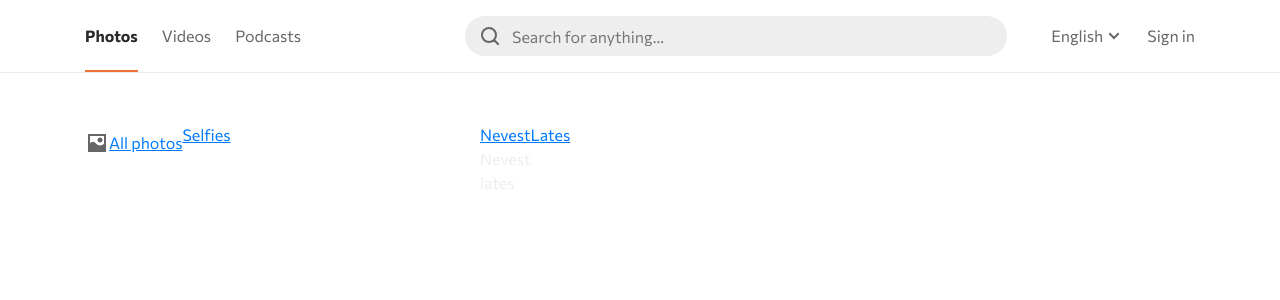
Repository: densavi/djinni
Page: index.html
The author's editor kept a copy of each file at every save. The page is drawn from the files as they stood at one save, then again after the next save.
The browser window is 1280 px wide. The pictures show the whole page.
The style sheet was rebuilt from its Sass, Less or Tailwind sources for each picture, by a compiler version that may differ from the author's.

Above is the page before, as saved 2023-04-10 23:34:02.

### index.html
<!DOCTYPE html>
<html lang="en">
<head>
  <meta charset="UTF-8">
  <meta http-equiv="X-UA-Compatible" content="IE=edge">
  <meta name="viewport" content="width=device-width, initial-scale=1.0">
  <title>Photos</title>
  <link rel="stylesheet" href="https://cdn.jsdelivr.net/npm/bootstrap@4.6.2/dist/css/bootstrap.min.css" integrity="sha384-xOolHFLEh07PJGoPkLv1IbcEPTNtaed2xpHsD9ESMhqIYd0nLMwNLD69Npy4HI+N" crossorigin="anonymous">
  <link rel="stylesheet" href="css/style.css">
</head>
<body>

  <header class="header">
    <div class="container">
      <div class="row d-flex justify-content-between align-items-center">
        <div class="col-3">
          <button class="open-menu"><span></span></button>
          <nav class="header__nav">
            <ul class="nav">
              <li class="nav-item">
                <a class="nav-link active" aria-current="page" href="#">Photos</a>
              </li>
              <li class="nav-item">
                <a class="nav-link" href="#">Videos</a>
              </li>
              <li class="nav-item">
                <a class="nav-link" href="#">Podcasts</a>
              </li>
            </ul>
          </nav>
        </div>
        <div class="col-8 d-flex align-items-center justify-content-end">
          <label for="search" class="header__search">
            <img src="img/search.svg" alt="Search">
            <input type="search" placeholder="Search for anything...">
          </label>
          <div class="dropdown show">
            <a class="header__lang-link" href="#" role="button" id="dropdownMenuLink" data-toggle="dropdown" aria-haspopup="true" aria-expanded="false">
              English
              <svg width="12" height="8" viewBox="0 0 12 8" fill="none" xmlns="http://www.w3.org/2000/svg">
                <path d="M2 2L6 6L10 2" stroke="#666666" stroke-width="2" stroke-linecap="square"/>
              </svg>
            </a>

            <div class="dropdown-menu" aria-labelledby="dropdownMenuLink">
              <a class="dropdown-item" href="#">Ukraine</a>
              <a class="dropdown-item" href="#">Polish</a>
            </div>
          </div>
          <a href="#" class="header__sign-in">Sign in</a>
        </div>
      </div>
    </div>
  </header>


  <div class="wrapper">
    <div class="container">
      <div class="row d-flex justify-content-between">
        <div class="col-3 sidebar">
          <ul class="nav sidebar__tabs">
            <li class="sidebar__item">
              <a class="d-flex align-items-center sidebar__link active" data-toggle="tab" href="#all-photos">
                <svg width="24" height="24" viewBox="0 0 24 24" fill="none" xmlns="http://www.w3.org/2000/svg">
                  <path d="M15 6.5C13.6193 6.5 12.5 7.61929 12.5 9C12.5 10.3807 13.6193 11.5 15 11.5C16.3807 11.5 17.5 10.3807 17.5 9C17.5 7.61929 16.3807 6.5 15 6.5Z" fill="#666666"/>
                  <path fill-rule="evenodd" clip-rule="evenodd" d="M3 3H21V21H18.5266L18.4945 21.0002H5.5L5.46787 21H3V3ZM19 12.8362C17.8552 13.898 16.7044 14.4537 15 14.4537C13.0944 14.4537 11.6208 13.2859 10.1527 11.7048C9.15108 10.6262 7.51491 10.4335 6.29018 11.25L6.26758 11.2651L5 12.2134V5H19V12.8362Z" fill="#666666"/>
                </svg>
                All photos
              </a>
            </li>
            <li class="sidebar__item">
              <a class="sidebar__link" data-toggle="tab" href="#contact">Selfies</a>
            </li>
          </ul>
        </div>
        <div class="col-8">
          <div class="container-fluid">
            <div class="tab-content">
              <div role="tabpanel" class="tab-pane active" id="all-photos">


                <!--  -->
                <ul class="nav sidebar__tabs">
                  <li class="sidebar__item">
                    <a class="sidebar__link active" data-toggle="tab" href="#nevest">Nevest</a>
                  </li>
                  <li class="sidebar__item">
                    <a class="sidebar__link" data-toggle="tab" href="#lates">Lates</a>
                  </li>
                </ul>
                <!--  -->

                <div class="tab-content">
                  <div role="tabpanel" class="tab-pane active" id="nevest">
                    Nevest
                  </div>
                  <div role="tabpanel" class="tab-pane active" id="lates">
                    lates
                  </div>
                </div>

              </div>

              <div role="tabpanel" class="tab-pane" id="contact">
                <div class="alert alert-info">Selfies</div>
              </div>
            </div>
          </div>
        </div>



      </div>
    </div>
  </div>

  <script src="https://code.jquery.com/jquery-3.6.4.min.js" integrity="sha256-oP6HI9z1XaZNBrJURtCoUT5SUnxFr8s3BzRl+cbzUq8=" crossorigin="anonymous"></script>
  <script src="https://cdn.jsdelivr.net/npm/bootstrap@4.6.2/dist/js/bootstrap.min.js" integrity="sha384-+sLIOodYLS7CIrQpBjl+C7nPvqq+FbNUBDunl/OZv93DB7Ln/533i8e/mZXLi/P+" crossorigin="anonymous"></script>
  <script src="js/main.js"></script>
</body>
</html>

### css/style.scss
@import url('https://fonts.googleapis.com/css2?family=Commissioner:wght@400;700&display=swap');

@import 'vars';
@import 'typo';

@import 'components/header';
@import 'components/mobile-menu';
@import 'components/sidebar';

### css/_vars.scss
$darkBlack: #292929;
$grey: #666666;
$lightGrey: #EEEEEE;

$orange: #ED7135;

$mainFont: 'Commissioner', sans-serif;

$tablet: 992px;
$mobile: 768px;

### css/_typo.scss
body {
  font: 16px/24px $mainFont;
  color: $lightGrey;
}

a {
  color: $mainFont;
  text-decoration: underline;
  &:hover {
    text-decoration: none;
  }
}


.wrapper {
  padding-top: 50px;
}

### css/components/_header.scss
.header {
  border-bottom: 1px solid #EBEBEB;
  padding: 16px 0;
  &__search {
    background: $lightGrey;
    padding: 0 0 0 16px;
    display: flex;
    align-items: center;
    border-radius: 100px;
    margin: 0;
    width: 546px;
    flex: 1;
    @media (max-width: $mobile) {
      display: none;
    }
    img {
      display: flex;
    }
    input[type="search"] {
      height: 40px;
      border: 0;
      background: transparent;
      outline: none;
      width: 100%;
      padding: 0 12px;
    }
  }
  &__sign-in {
    text-decoration: none;
    color: $grey;
    transition: color .3s ease;
    margin-left: 27px;
    @media (max-width: $tablet) {
      margin-left: 15px;
    }
    &:hover {
      color: $orange;
    }
  }
  &__lang-link {
    color: $grey;
    text-decoration: none;
    transition: color .3s ease;
    svg {
      margin-left: 2px;
      transform: translateY(-2px);
      path {
        transition: transform .3s ease;
      }
    }
    &:hover {
      color: $orange;
      svg {
        path {
          stroke: $orange;
        }
      }
    }
  }
  .dropdown-item {
    text-decoration: none;
  }
  .dropdown {
    margin-left: 44px;
    @media (max-width: $tablet) {
      margin-left: 20px;
    }
    @media (max-width: $mobile) {
      display: none;
    }
  }
  &__nav {
    @media (max-width: $mobile) {
      display: none;
    }
    .nav-item {
      &:not(:last-child) {
        margin-right: 24px;
        @media (max-width: $tablet) {
          margin-right: 13px;
        }
      }
    }
    .nav-link {
      padding: 0;
      text-decoration: none;
      color: $grey;
      position: relative;
      &:before {
        content: '';
        position: absolute;
        bottom: -24px;
        width: 0;
        height: 2px;
        background: $orange;
        left: 0;
        transition: all .3s ease;
      }
      &.active {
        font-weight: 700;
        color: $darkBlack;
      }
      &:hover,
      &.active {
        &:before {
          width: 100%;
        }
      }
    }
  }
}

### css/components/_mobile-menu.scss
.open-menu {
  width: 30px;
  height: 20px;
  border: 0;
  position: relative;
  background: transparent;
  display: none;
  cursor: pointer;
  @media (max-width: $mobile) {
    display: block;
  }
  span,
  &:before,
  &:after {
    content: '';
    position: absolute;
    left: 0;
    height: 4px;
    background: $grey;
    width: 100%;
    top: 50%;
    margin-top: -2px;
    transition: all .5s ease;
    border-radius: 4px;
  }
  &:before {
    top: 0;
    margin: 0;
  }
  &:after {
    top: auto;
    margin: 0;
    bottom: 0;
  }
  &.active {
    span {
      opacity: 0;
    }
    &:before {
      transform: rotate(50deg);
      top: 50%;
    }
    &:after {
      transform: rotate(-50deg);
      top: 50%;
    }
  }
}

### css/components/_sidebar.scss
.sidebar {
  &__item {

  }
  &__link {
    height: 40px;
  }
}

Loaded but not shown: js/main.js (no stored copy; drawn as an empty file)

After the next save:
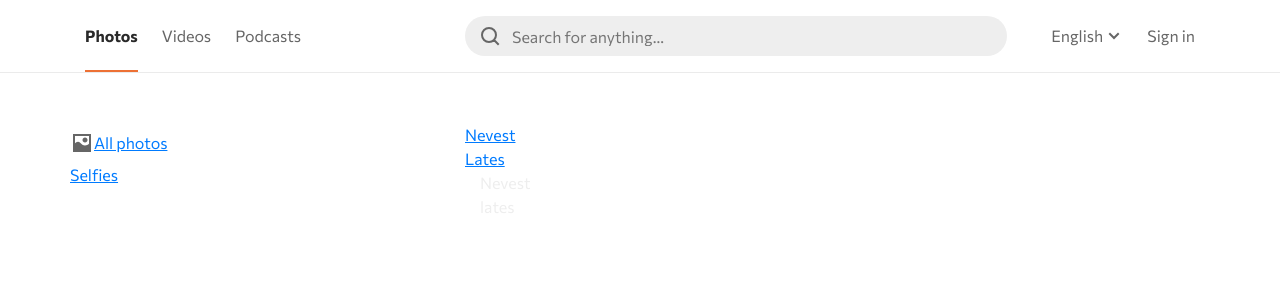
Saved 24 s later.
--- a/css/components/_sidebar.scss
+++ b/css/components/_sidebar.scss
@@ -1,6 +1,7 @@
 .sidebar {
   &__item {
-
+    margin-left: -15px;
+    width: calc(100% + 15px);
   }
   &__link {
     height: 40px;
